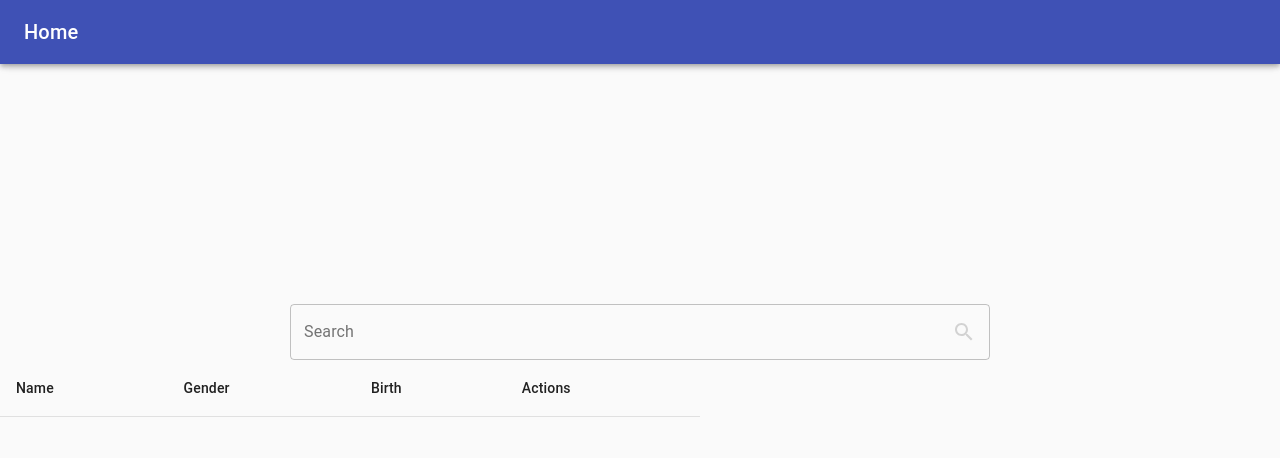
Repository: GabrielBrandaoProjetos/patient-manager
Page: /
An editor plug-in stored every save of this project. The page is shown before and after the next save, followed by the edit.
The browser window is 1280 px wide. The pictures show the whole page.
The project was rebuilt for these pictures with package versions that can differ from the ones it lists, and the page was loaded fresh each time.

Above is the page before, as saved 2021-09-14 12:44:47.

After the next save:
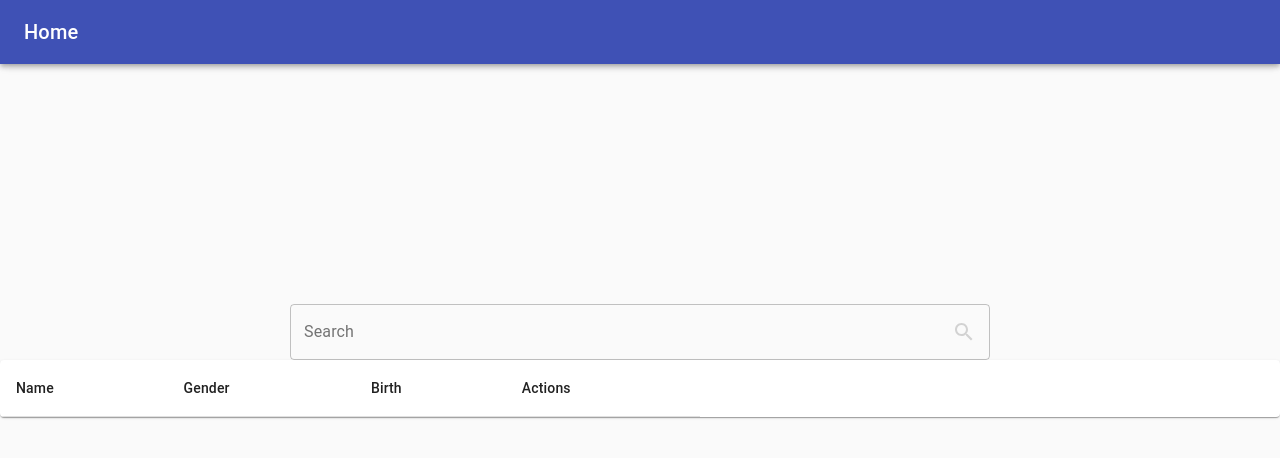
Saved 57 s later.
--- a/src/pages/Home/Home.tsx
+++ b/src/pages/Home/Home.tsx
@@ -1,5 +1,5 @@
 import React from 'react';
-import { AppBar, FormControl, InputAdornment, InputLabel, OutlinedInput, Table, TableCell, TableContainer, TableHead, TableRow, Toolbar, Typography } from '@material-ui/core';
+import { AppBar, FormControl, InputAdornment, InputLabel, OutlinedInput, Paper, Table, TableCell, TableContainer, TableHead, TableRow, Toolbar, Typography } from '@material-ui/core';
 import {Search} from '@material-ui/icons'
 import { createStyles, makeStyles, Theme } from '@material-ui/core/styles';
 
@@ -62,7 +62,7 @@ export const Home = () => {
         />
       </FormControl>
 
-      <TableContainer component="paper">
+      <TableContainer component={Paper}>
         <Table className={classes.table} aria-label="simple table">
           <TableHead>
             <TableRow>
